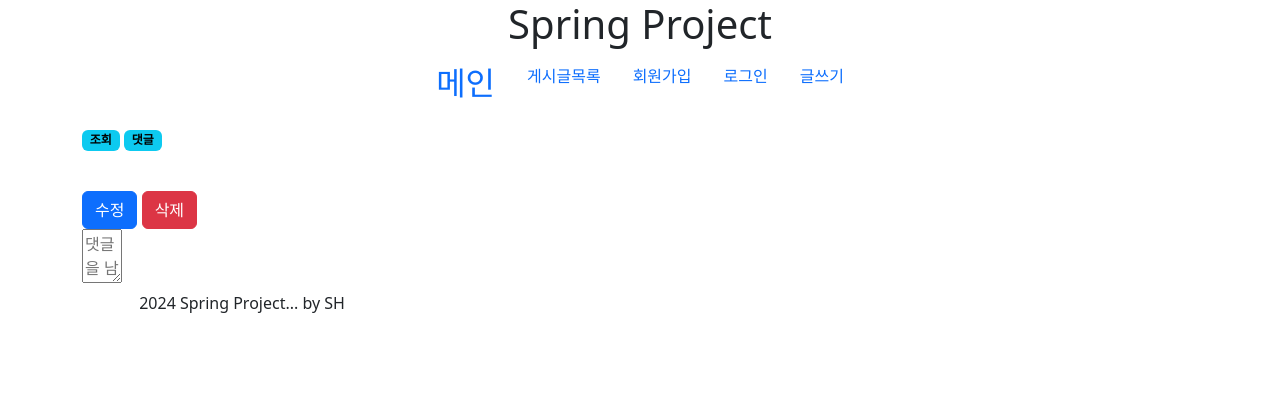
Repository: dtkd19/spring_personal_project
Page: http://localhost/myproject/WEB-INF/views/board/detail.jsp
An editor plug-in stored every save of this project. The page is shown before and after the next save, followed by the edit.
The browser window is 1280 px wide. The pictures show the whole page.
The page is served by Tomcat 9. Nobody is signed in. The template is opened directly, without the code that normally fills it, so the values that code supplies are empty.

Above is the page before, as saved 2024-11-07 03:43:52.

After the next save:
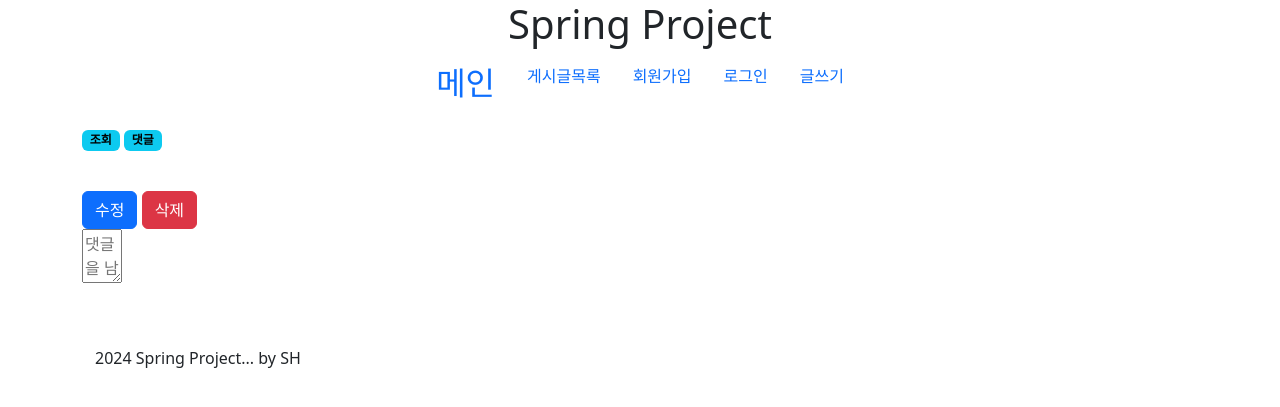
Saved 27 s later.
--- a/myproject/src/main/webapp/WEB-INF/views/board/detail.jsp
+++ b/myproject/src/main/webapp/WEB-INF/views/board/detail.jsp
@@ -26,8 +26,8 @@
 		<div class="comment">
 			<strong>${bvo.writer }</strong>
 			<textarea rows="2" cols="2" placeholder="댓글을 남겨보세요"></textarea>
-			<div type="button" class="btn btn-danger>
-			<button ></button>
+			<div class="cbtn">
+			<button type="button" class="btn btn-danger></button>
 			</div>
 		</div>
 
